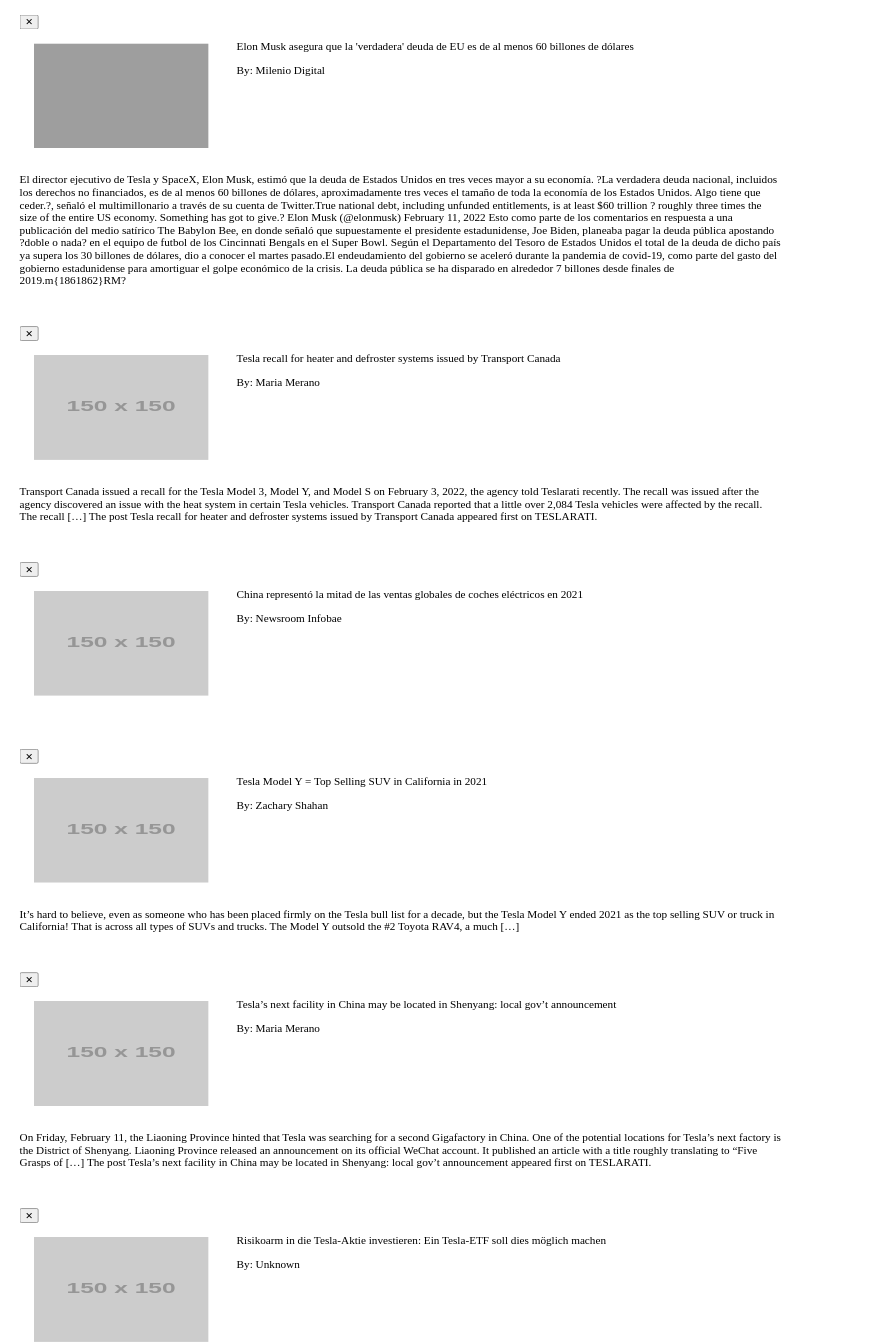
Repository: SandyLy453/comp3170-lab3
Page: /
An editor plug-in stored every save of this project. The page is shown before and after the next save, followed by the edit.
The browser window is 1280 px wide. The pictures show the part of the page from y = 380 to 2300 px (the page is 23333 px tall before and 23819 px after), at 70% of full size.
Pictures or frames that could not be fetched are drawn as grey boxes. The project was rebuilt for these pictures with package versions that can differ from the ones it lists, and the page was loaded fresh each time. Also part of the build but not shown: vite.config.js.

Above is the page before, as saved 2024-09-28 16:52:06.

After the next save:
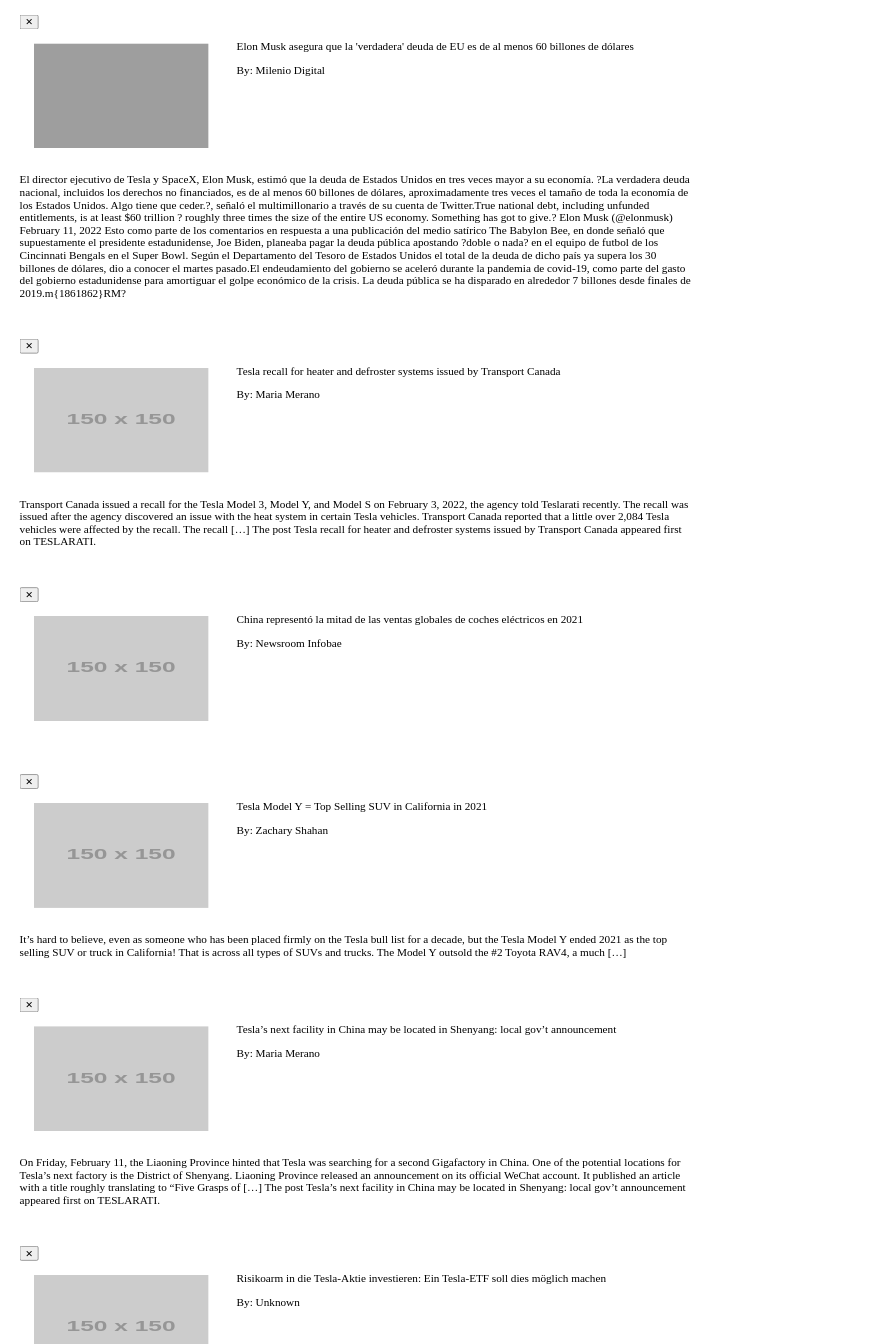
Saved 8 s later.
--- a/src/index.css
+++ b/src/index.css
@@ -68,7 +68,7 @@
 }
 
 .container {
-  width: 85vw;
+  width: 75vw;
   min-height: 200px;
   padding: 20px;
 }
